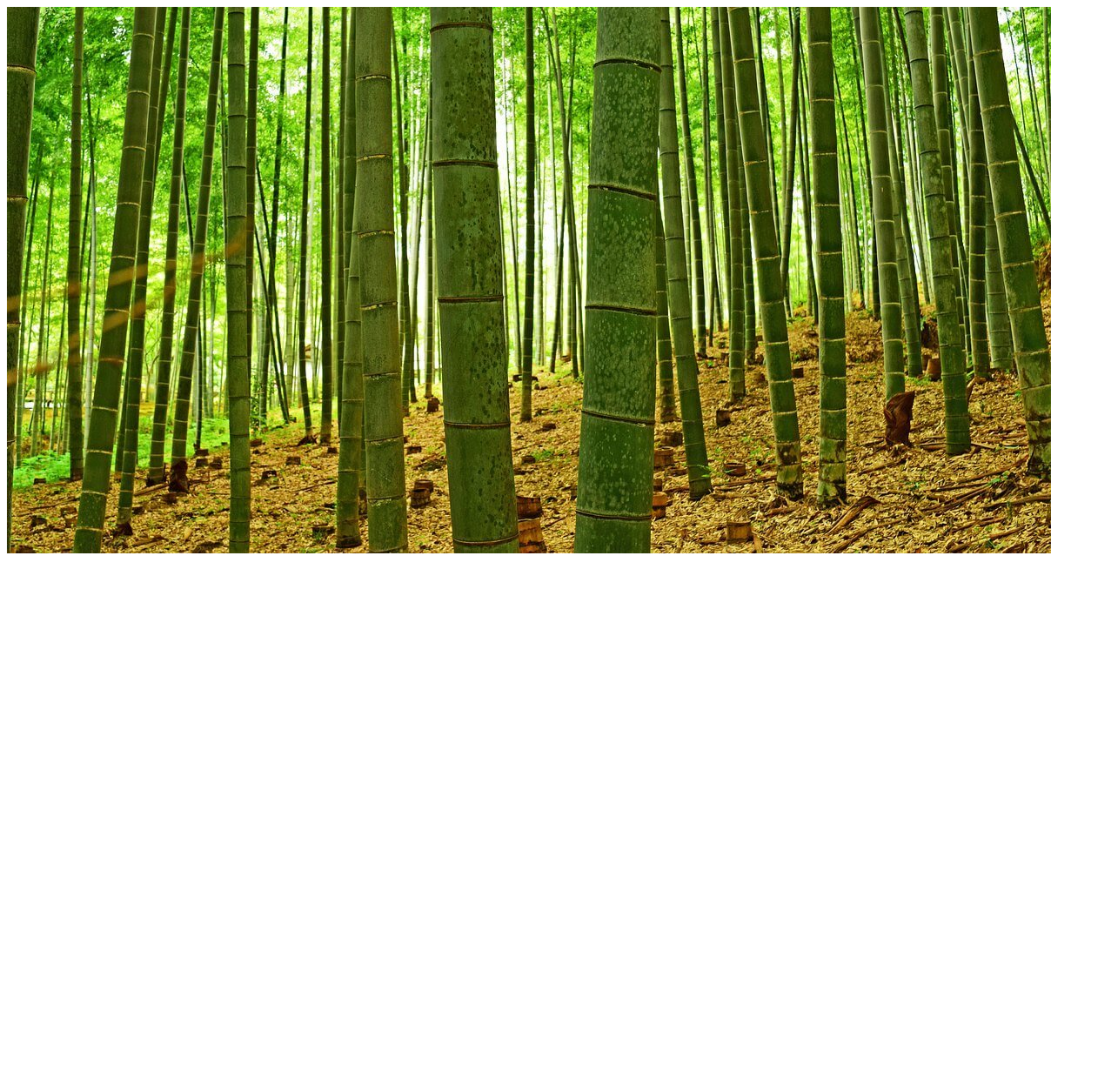
Repository: tanasa-mircea/playground
Page: canvas-filters/index.html
These files come from the project's save history. The page is drawn as it stood at one moment and after the next save; the edit follows.
The browser window is 1280 px wide. The pictures show the whole page, at 87% of full size.

Above is the page before, as saved 2019-02-08 10:49:24.

### canvas-filters/index.html
<!DOCTYPE html>
<html>
<head>
  <meta charset="utf-8">
  <meta http-equiv="X-UA-Compatible" content="IE=edge">
  <title>Page Title</title>
  <meta name="viewport" content="width=device-width, initial-scale=1">
</head>
<body>
  <img id="image" class="hidden" src="bamboo.jpg" alt="">
  <canvas id="canvas"></canvas>
  <script src="main.js"></script>
</body>
</html>

### canvas-filters/main.js
var config = {
  canvasWidth: 1200,
  canvasHeight: 600
}

var canvas,
    canvasContext,
    image;

function initCanvas() {
  canvas = document.getElementById("canvas");
  canvas.height = config.canvasHeight;
  canvas.width = config.canvasWidth;

  canvasContext = canvas.getContext("2d");
  image = document.getElementById("image");
  canvasContext.drawImage(image, config.canvasWidth, config.canvasHeight, 0, 0);
}

setTimeout(function() {
  initCanvas();

}, 1000)

After the next save:
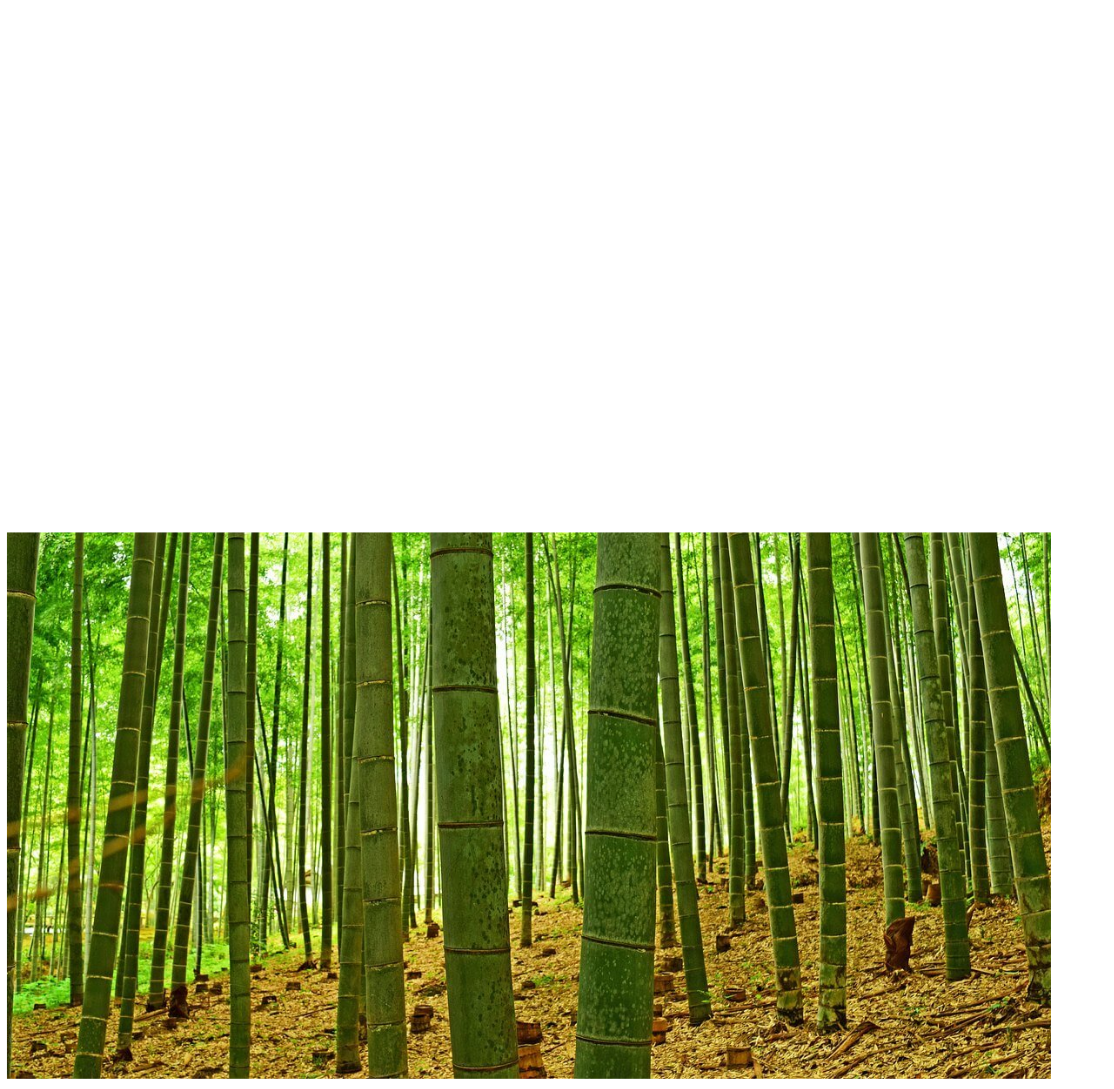
Saved 13 s later.
--- a/canvas-filters/index.html
+++ b/canvas-filters/index.html
@@ -7,8 +7,8 @@
   <meta name="viewport" content="width=device-width, initial-scale=1">
 </head>
 <body>
+  <canvas id="canvas"></canvas>
   <img id="image" class="hidden" src="bamboo.jpg" alt="">
-  <canvas id="canvas"></canvas>
   <script src="main.js"></script>
 </body>
 </html>
